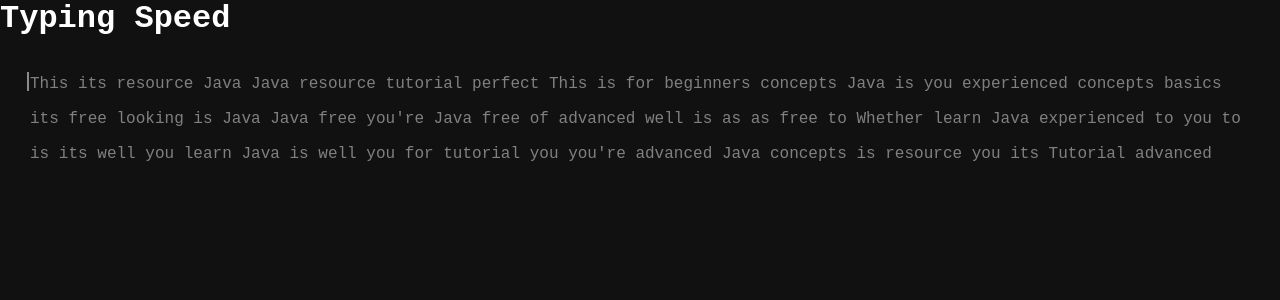
Repository: ThisIsSahaj/Js-Games
Page: TypingSpeed/index.html
The author's editor kept a copy of each file at every save. The page is drawn from the files as they stood at one save, then again after the next save.
The browser window is 1280 px wide. The pictures show the whole page.

Above is the page before, as saved 2024-05-20 01:56:53.

### TypingSpeed/index.html
<!DOCTYPE html>
<html lang="en">
<head>
    <meta charset="UTF-8">
    <meta http-equiv="X-UA-Compatible" content="IE=edge">
    <meta name="viewport" content="width=device-width, initial-scale=1.0">
    <title>Typing Speed</title>
    <link rel="stylesheet" href="style.css">
</head>
<body>
    <h1>Typing Speed</h1>

    <div class="game">
        <div class="words"></div>
        <div class="cursor"></div>
    </div>
    <div class="info">
        <div class="timer"></div>
        <div class="result"></div>
    </div>
</body>
<script src="script.js"></script>
</html>

### TypingSpeed/style.css
*{
    margin: 0;
    padding: 0;
    box-sizing: border-box;
}

body{
    font-family: 'Roboto Mono', monospace;
    background-color: #111;
    color: white;
}

.game{
    /* border: 2px solid red; */
    margin: 30px ;
    line-height: 35px;
    height: 105px;
    overflow: hidden;
    color: gray;
    position: relative;
}

@keyframes blink {
    0%{
        opacity: 1;
    }
    50%{
        opacity: 0;
    }
    100%{
        opacity: 1;
    }
}

.cursor{
    width: 2px;
    height: 1.2rem;
    background: white;
    position: fixed;
    top: 72px;
    left: 27px;
    animation: blink .7s infinite;

}

.singleWord{
    /* border: 2px solid green; */
    display: inline-block;
}

 .correct {
    color: #fff;
}
 .incorrect {
    color: #f55;
}

### TypingSpeed/script.js
const words = "This Java Tutorial is designed for beginners as well as experienced professionals Whether you're looking to learn the basics of Java or its advanced concepts this free Java tutorial is the perfect resource for you"

const wordsDiv = document.querySelector('.words');

const body = document.querySelector('body');
const cursor = document.querySelector('.cursor');

const timer = document.querySelector('.timer');
const result = document.querySelector('.result');






// to split all the words whenever space comes and return an array
const newWords = words.split(" ");
// console.log(newWords);

const counter = 10;
const gameTime = 10 * 1000;


const randomWord = () => {
    const randomIndex = Math.floor(Math.random() * newWords.length);
    return newWords[randomIndex];
}
// console.log(randomWord());


const formatWord = (word) => {
  return `
  <div class="singleWord"><span class="letter">${word.split('').join('</span><span class="letter">')}</span></div>
  `
}

let addClass = (element, className) => {
//   element.classlist.add(className);
     element.className += ' ' + className;
}

let removeClass = (element, className) => {
  // element.classlist.remove(className);
     element.className = element.className.replace(className, '');
}


const newGame = () => {
    wordsDiv.innerHTML = " ";

    for(let i=0; i<200; i++)
    {
        wordsDiv.innerHTML += formatWord(randomWord());
    }

    const singleWord = document.querySelector('.singleWord');
    console.log('singleWord', singleWord);
    const letter = document.querySelector('.letter');
    console.log('letter',letter)

    addClass(singleWord, 'current');
    addClass(letter, 'current');


    setTimeout(() => {
      gameOver();
    }, gameTime);


}

const gameOver = () => {
  timer.innerHTML = `GAME OVER!`
  result.innerHTML = `WPM: ${getWpm()}`

}

const getWpm = () =>{

  const words = [...document.querySelectorAll('.singleWord')];
  // console.log(words);

  const lastTypedWord = document.querySelector('.singleWord.current'); // the current element where game stopped
  const lastTypedWordIndex = words.indexOf(lastTypedWord);

  // getting all the words typed
  const typedWords = words.slice(0, lastTypedWordIndex);
  // console.log('typedWords',typedWords);


  // to get all the words inside the typedWords array
  const correctWords = typedWords.filter(word =>{      //passing each typed word one by one

    //get all letters in each word and make an array
    const letters = [...word.children];
    console.log('letters',letters);

    const incorrectLetters = letters.filter(curletter => curletter.className.includes('incorrect'));
    const correctLetters = letters.filter(curletter => curletter.className.includes('correct'));


    return incorrectLetters.length === 0 && correctLetters.length === letters.length;
  });


  return correctWords.length / gameTime * 60000;
}



const handleSpace = (expected, currentWord, currentLetter) => {
  if (expected !== ' ') {
    const lettersToInvalidate = [...document.querySelectorAll('.singleWord.current .letter:not(.correct)')];
    lettersToInvalidate.forEach(letter => {
      addClass(letter, 'incorrect');
    });
  }
  removeClass(currentWord, 'current');
  console.log('current word', currentWord );
  addClass(currentWord.nextElementSibling, 'current');
  console.log('new current word', currentWord.nextElementSibling );



  if (currentLetter) {
    removeClass(currentLetter, 'current');
    console.log('currentLetter', currentLetter);
  }
  console.log('currentWord firstChild', currentWord.nextElementSibling.firstChild);
  addClass(currentWord.nextElementSibling.firstChild, 'current')
}

const handleBackspace = (currentLetter, isFirstLetter, currentWord ) => {
  // if backspace at start of next word
  if (currentLetter && isFirstLetter) {
    // make previous word current
    removeClass(currentWord, 'current');
    addClass(currentWord.previousElementSibling, 'current');

    // make last letter current
    removeClass(currentLetter, 'current');
    addClass(currentWord.previousElementSibling.lastChild, 'current');

    removeClass(currentWord.previousElementSibling.lastChild, 'incorrect');
    removeClass(currentWord.previousElementSibling.lastChild, 'correct');
  }

  // if backspace in middle of a word
  if (currentLetter && !isFirstLetter) {
    removeClass(currentLetter, 'current');
    addClass(currentLetter.previousElementSibling, 'current');

    removeClass(currentLetter.previousElementSibling, 'incorrect');
    removeClass(currentLetter.previousElementSibling, 'correct');

  }

  // if backspace at the end of a word
  if(!currentLetter) //therefore expected = space
  {
    addClass(currentWord.lastChild, 'current');
    removeClass(currentWord.lastChild, 'incorrect');
    removeClass(currentWord.lastChild, 'correct');
  }
}


const moveCursor = () => {
  const nextLetter = document.querySelector('.letter.current');
  const nextWord = document.querySelector('.singleWord.current');

  console.log('nextLetter',nextLetter);
  console.log('nextWord',nextWord);

  if (nextLetter) {
    cursor.style.top = nextLetter.getBoundingClientRect().top + 'px';
    cursor.style.left = nextLetter.getBoundingClientRect().left + 'px';
  }
  else{
    cursor.style.top = nextWord.getBoundingClientRect().top + 7  + 'px';
    cursor.style.left = nextWord.getBoundingClientRect().right + 'px';
  }
}






body.addEventListener('keyup', ev => {
    // console.log(ev);

    const key = ev.key;


    const currentWord = document.querySelector('.singleWord.current');
    const currentLetter = document.querySelector('.letter.current');
    console.log('currentLetter',currentLetter);

    //if no currentLetter, then expected key will be space
    const expected = currentLetter?.innerHTML || ' ';


    //check whether the input is a letter or not
    //if it's length is not equal to 1, it means it is 'Backspace'
    //if key is empty ' ' it means  it is the space key
    const isLetter = key.length === 1 && key !== ' ';
    const isSpace = key === ' ';
    const isBackSpace = key === 'Backspace';
    const isFirstLetter = currentLetter === currentWord.firstChild;



    console.log({key, expected});

    if (isLetter) {
      if (currentLetter) {
        addClass(currentLetter, key === expected ? 'correct' : 'incorrect');   //if key = expected key, then add class correct, if not then add class incorrect
        removeClass(currentLetter, 'current');
        if (currentLetter.nextSibling) {
          addClass(currentLetter.nextSibling, 'current');
          console.log('new currentLetter',currentLetter.nextSibling);
        }
      }
    }

    // if key is SPACE
    if(isSpace)
    {
     handleSpace(expected, currentWord, currentLetter);
    }

    // if key is BACKSPACE
    if (isBackSpace) {
    handleBackspace(currentLetter, isFirstLetter, currentWord);
    }


    // move cursor
    moveCursor();


})


newGame();

After the next save:
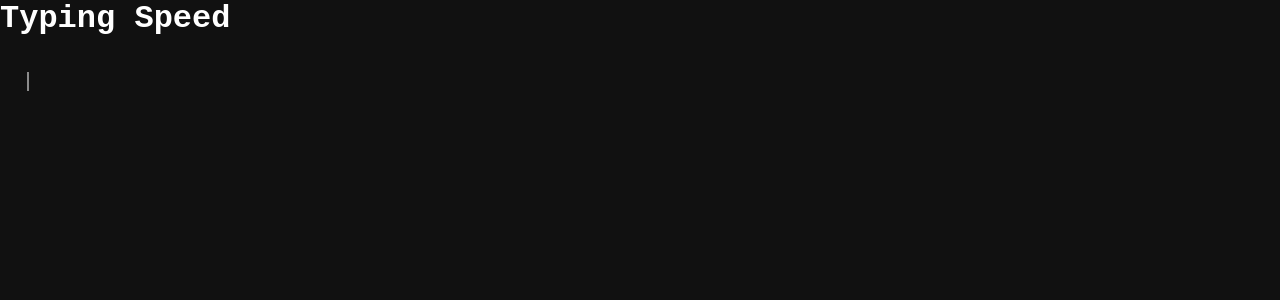
Console error: SyntaxError: missing ) after argument list
Saved 115 s later.
--- a/TypingSpeed/script.js
+++ b/TypingSpeed/script.js
@@ -71,7 +71,12 @@
 
 const gameOver = () => {
   timer.innerHTML = `GAME OVER!`
-  result.innerHTML = `WPM: ${getWpm()}`
+  result.innerHTML = `WPM: ${getWpm()}`;
+
+  body.addEventListener('keyup', () => {
+    alert("Time's Up!")
+  }
+
 
 }
 

After the save that followed:
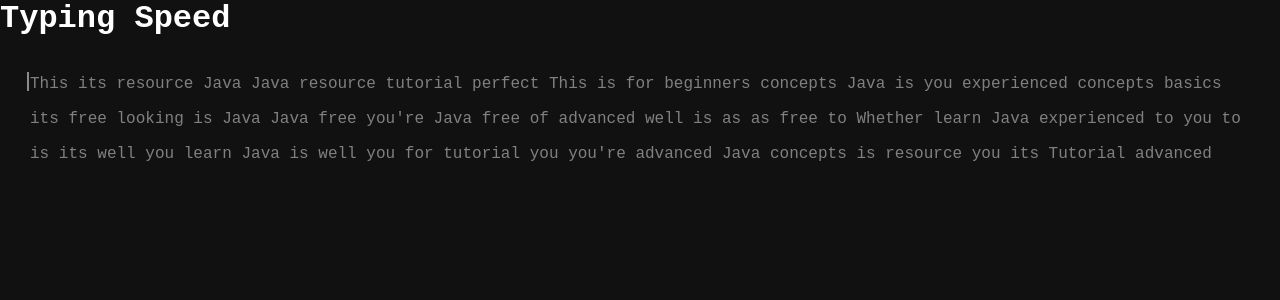
The error is gone.
Saved 23 s later.
--- a/TypingSpeed/script.js
+++ b/TypingSpeed/script.js
@@ -74,9 +74,9 @@
   result.innerHTML = `WPM: ${getWpm()}`;
 
   body.addEventListener('keyup', () => {
-    alert("Time's Up!")
-  }
-
+    alert("Time's Up!");
+  }
+  );
 
 }
 
